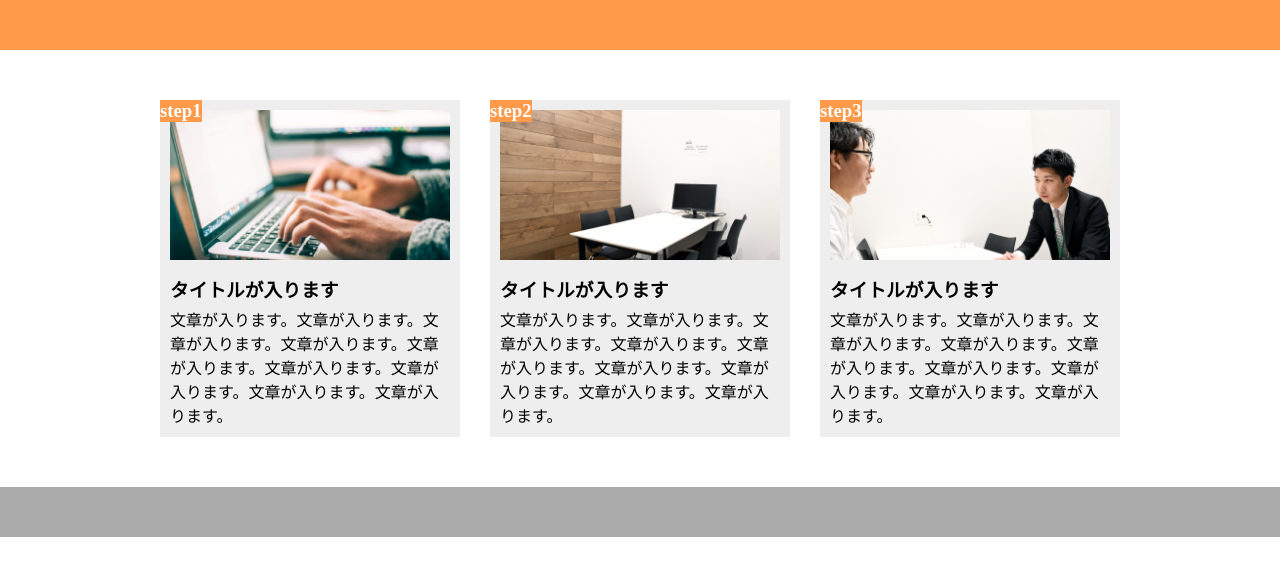
Repository: CarAll02/git-practice
Page: chapter9_exercise/index.html
The author's editor kept a record of every edit. The page is drawn from the files as they stood at one moment, then again after the next edit.
The browser window is 1280 px wide. The pictures show the whole page.

Above is the page before.

### chapter9_exercise/index.html
<!DOCTYPE html>
<html lang="ja">
  <head>
    <meta charset="UTF-8"/>
    <link rel="stylesheet" href="style.css"/>
    <title>chapter9_exercise</title>
  </head>

  <body>
    <header></header>

    <main>
      <div class="box">
        <h3 class="step">step1</h3><!--回答ではh3ではなくspanを使用。なんでやろか-->
        <div class="box-in-box"><!--余白の為に作ったdivだけど回答では使っていない-->
          <div class="picture flow01"></div><!--回答ではこれは無し。Background-pictureの為に専用のdiv作ったら意味ないよね-->
          <section><!--回答ではsection未使用-->
            <h3 class="title">タイトルが入ります</h3>
            <p class="text">文章が入ります。文章が入ります。文章が入ります。文章が入ります。文章が入ります。文章が入ります。文章が入ります。文章が入ります。文章が入ります。</p>
          </section>
        </div>
      </div>
      <div class="box">
        <h3 class="step">step2</h3><!--回答ではh3ではなくspanを使用。なんでやろか-->
        <div class="box-in-box"><!--余白の為に作ったdivだけど回答では使っていない-->
          <div class="picture flow02"></div><!--回答ではこれは無し。Background-pictureの為に専用のdiv作ったら意味ないよね-->
          <section><!--回答ではsection未使用-->
            <h3 class="title">タイトルが入ります</h3>
            <p class="text">文章が入ります。文章が入ります。文章が入ります。文章が入ります。文章が入ります。文章が入ります。文章が入ります。文章が入ります。文章が入ります。</p>
          </section>
        </div>
      </div>
      <div class="box">
        <h3 class="step">step3</h3><!--回答ではh3ではなくspanを使用。なんでやろか-->
        <div class="box-in-box"><!--余白の為に作ったdivだけど回答では使っていない-->
          <div class="picture flow03"></div><!--回答ではこれは無し。Background-pictureの為に専用のdiv作ったら意味ないよね-->
          <section><!--回答ではsection未使用-->
            <h3 class="title">タイトルが入ります</h3>
            <p class="text">文章が入ります。文章が入ります。文章が入ります。文章が入ります。文章が入ります。文章が入ります。文章が入ります。文章が入ります。文章が入ります。</p>
          </section>
        </div>
      </div>
    </main>

    <footer></footer>
  </body>

</html>

### chapter9_exercise/style.css
*{
  margin:0;
  padding:0;
  box-sizing:border-box;
}

header{
  height:50px;
  background-color:#FF9A4B;
}

main{
  display:flex;
  justify-content:center;
  margin:50px 0;
}

.box{
  width:300px;
  background-color:#EEEEEE;
  margin-left: 30px;
  position:relative;
}

.box:first-child{
  margin-left:0;
}

.box-in-box{
  margin:10px;
}

.step{
  position:absolute;
  top:0;
  left:0;
  color: white;
  background-color: #FF9A4B;
}

.picture{
  height:150px;
  background-size:cover;
  background-position:center;
}

.flow01{
  background-image:url(img/flow01.png);
}

.flow02{
  background-image:url(img/flow02.png);
}

.flow03{
  background-image:url(img/flow03.png);
}

section{
  margin-top:15px;
}

.title{
  margin-bottom:5px;
}


footer{
  height:50px;
  background-color:#AAAAAA;
}

After the next edit:
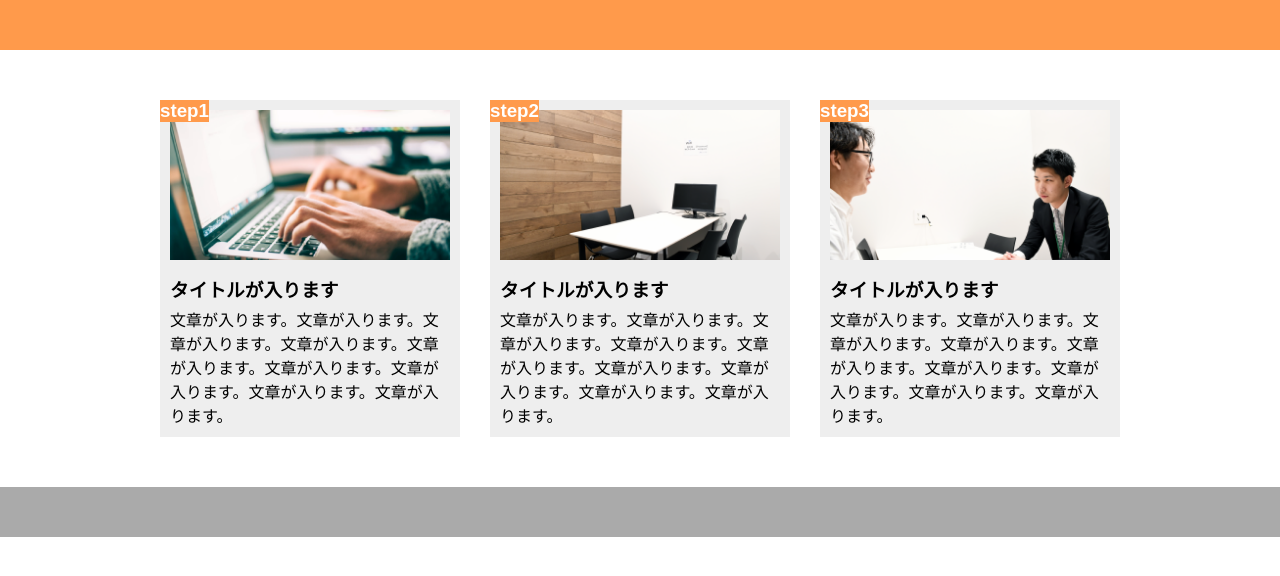
The edit:
--- a/chapter9_exercise/style.css
+++ b/chapter9_exercise/style.css
@@ -2,6 +2,11 @@
   margin:0;
   padding:0;
   box-sizing:border-box;
+}
+
+/*フォント指定不要*/
+h3,p{
+  font-family: sans-serif;
 }
 
 header{
